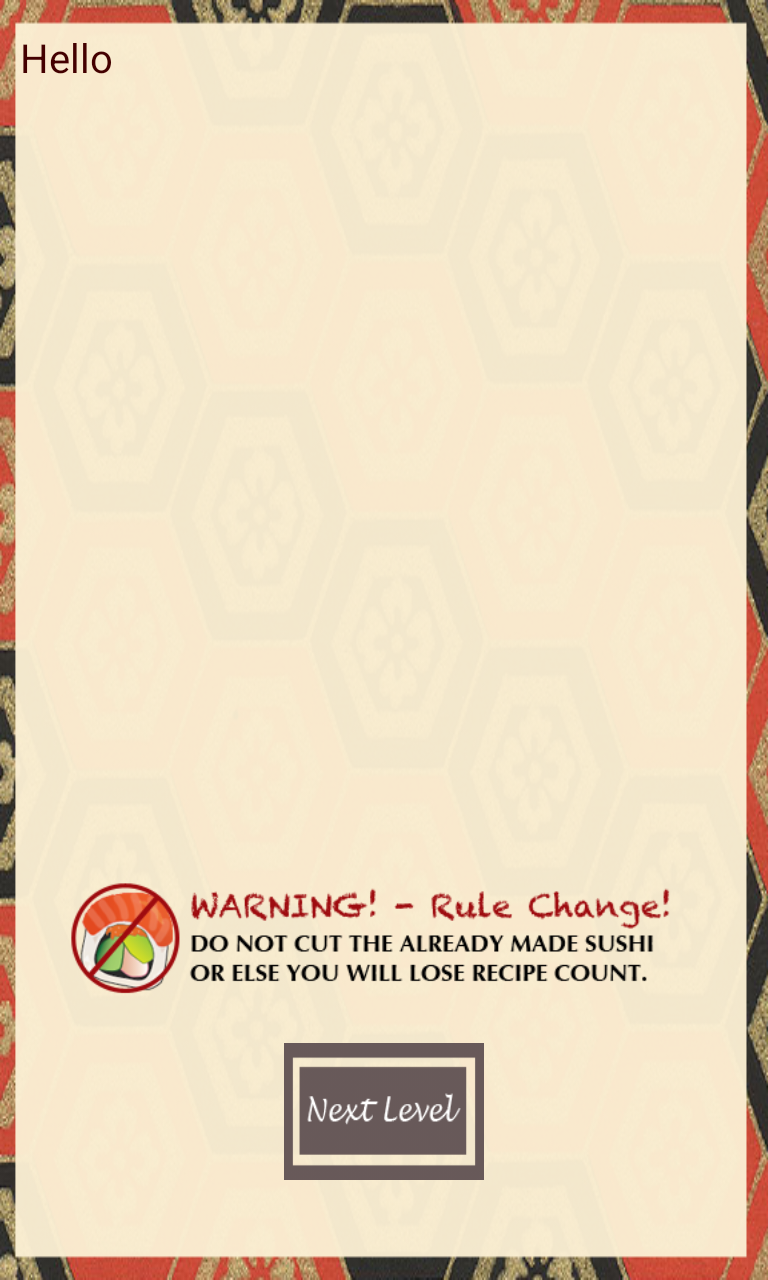
Repository: Kreispy/Sushi-Samurai
Layout: SushiNinja/res/layout/dialog.xml
An editor plug-in stored every save of this project. The layout is shown before and after the next save, followed by the edit.
It is drawn on a 768 x 1280 px phone screen (xhdpi) without system bars, with theme AppTheme; the app's code is not run.

Above is the layout before, as saved 2013-04-27 04:50:37.

### SushiNinja/res/layout/dialog.xml
<?xml version="1.0" encoding="utf-8"?>
<RelativeLayout xmlns:android="http://schemas.android.com/apk/res/android"
    android:layout_width="fill_parent"
    android:layout_height="fill_parent"
    android:background="@drawable/scroll" >

    <LinearLayout
        android:layout_width="match_parent"
        android:layout_height="wrap_content" >

    <ImageView
         android:id="@+id/rank"
         android:layout_width="wrap_content"
         android:layout_height="wrap_content"
         android:layout_alignParentLeft="true"
         android:layout_marginLeft="10dp"
         android:layout_marginTop="15dp"
               android:adjustViewBounds="true" />

    <TextView
        android:id="@+id/text"
        android:layout_width="wrap_content"
        android:layout_height="wrap_content"
        android:layout_alignParentRight="true"
        android:layout_marginTop="15dp"
        android:lineSpacingExtra="15dp"
        android:text="Hello"
        android:textColor="#400"
        android:textSize="@dimen/text20" />

</LinearLayout>
     <Button
         android:id="@+id/OKbutton"
         android:layout_width="100dp"
         android:layout_height="wrap_content"
         android:layout_centerHorizontal="true"
     	 android:layout_alignParentBottom="true"
     	 android:layout_marginBottom="50dp"
         android:background="@drawable/levelbutton" />

     <ImageView
         android:id="@+id/imageView1"
         android:layout_width="wrap_content"
         android:layout_height="wrap_content"
         android:layout_above="@+id/OKbutton"
         android:layout_marginBottom="15dp"
         android:layout_centerHorizontal="true"
         android:src="@drawable/warning"
         android:adjustViewBounds="true" />

</RelativeLayout>

### SushiNinja/res/values/dimens.xml
<?xml version="1.0" encoding="utf-8"?>
<resources>
    <dimen name="textSize">15dp</dimen>
    <dimen name="text25">25dp</dimen>
    <dimen name="text20">20dp</dimen>
    <dimen name="width75">75dp</dimen>
    <dimen name="width120">120dp</dimen>
    <dimen name="text35">35dp</dimen>
    <dimen name="text15">15dp</dimen>
</resources>

### SushiNinja/res/drawable-hdpi/levelbutton.xml
<?xml version="1.0" encoding="utf-8"?>
<selector xmlns:android="http://schemas.android.com/apk/res/android" >
       <item android:drawable="@drawable/level_focused"
          android:state_pressed="true" />
    <item android:drawable="@drawable/level_focused"
          android:state_focused="true" />
    <item android:drawable="@drawable/level_normal" />

</selector>

Loaded but not shown: SushiNinja/res/values/styles.xml (common file); SushiNinja/res/values-v11/styles.xml (common file); SushiNinja/res/values-v14/styles.xml (common file)

After the next save:
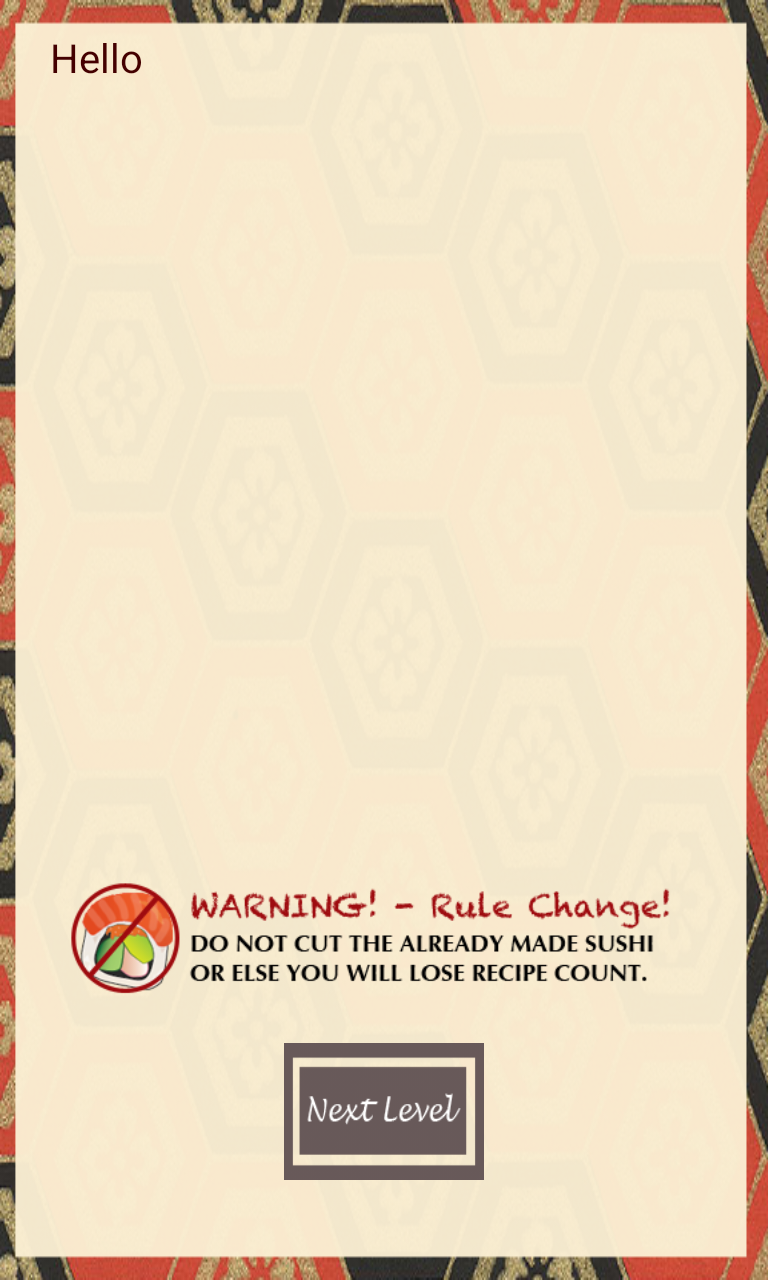
Saved 53 s later.
--- a/SushiNinja/res/layout/dialog.xml
+++ b/SushiNinja/res/layout/dialog.xml
@@ -13,7 +13,7 @@
          android:layout_width="wrap_content"
          android:layout_height="wrap_content"
          android:layout_alignParentLeft="true"
-         android:layout_marginLeft="10dp"
+         android:layout_marginLeft="25dp"
          android:layout_marginTop="15dp"
                android:adjustViewBounds="true" />
 
